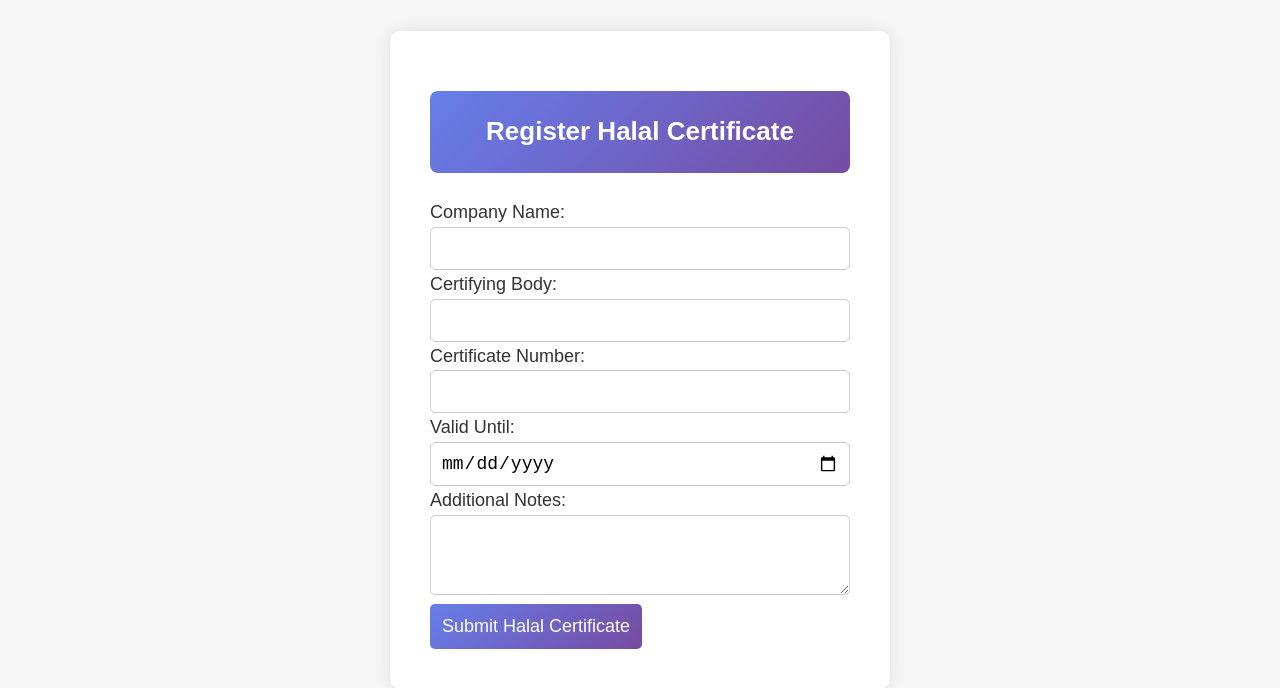
Repository: HarrishPanicker1/Blockchain_Group_AI_Assignment
Page: frontend/adding_halal_certification.html
An editor plug-in stored every save of this project. The page is shown before and after the next save, followed by the edit.
The browser window is 1280 px wide. The pictures show the whole page.

Above is the page before, as saved 2025-06-16 00:25:28.

### frontend/adding_halal_certification.html
<!DOCTYPE html>
<html lang="en">
<head>
  <meta charset="UTF-8" />
  <meta name="viewport" content="width=device-width, initial-scale=1.0"/>
  <title>Register Halal Certificate</title>
  <link rel="stylesheet" href="styles.css" />
  <link rel="stylesheet" href="halal_cert.css">

</head>
<body>
  <div class="form-container">
    <h2>Register Halal Certificate</h2>

    <form id="halalForm"></form>
      <label for="company">Company Name:</label>
      <input type="text" id="company" name="company" required />

      <label for="certBody">Certifying Body:</label>
      <input type="text" id="certBody" required />

      <label for="certID">Certificate Number:</label>
      <input type="text" id="certID" required />

      <label for="validUntil">Valid Until:</label>
      <input type="date" id="validUntil" required />

      <label for="notes">Additional Notes:</label>
      <textarea id="notes"></textarea>

      <button type="submit">Submit Halal Certificate</button>
    </form>
  </div>

  <script src="halal_cert.js"></script>
  <script src="https://cdnjs.cloudflare.com/ajax/libs/jspdf/2.5.1/jspdf.umd.min.js"></script>
  <p id="confirmation" style="text-align:center; color: green; font-weight: bold; font-size: 18px;"></p>
</body>
</html>

### styles.css
* {
    margin: 0;
    padding: 0;
    box-sizing: border-box;
}

body {
    font-family: 'Segoe UI', Tahoma, Geneva, Verdana, sans-serif;
    line-height: 1.6;
    color: #333;
    background-color: #f4f4f4;
}

h1, h2, h3 {
    margin-bottom: 1rem;
    color: #2c3e50;
}

h2 {
    padding: 20px 0;
    text-align: center;
    background: linear-gradient(135deg, #667eea 0%, #764ba2 100%);
    color: white;
    margin: 20px 0;
    border-radius: 8px;
}

button {
    background: linear-gradient(135deg, #667eea 0%, #764ba2 100%);
    color: white;
    border: none;
    padding: 12px 24px;
    border-radius: 6px;
    cursor: pointer;
    font-size: 16px;
    transition: transform 0.2s, box-shadow 0.2s;
}

button:hover {
    transform: translateY(-2px);
    box-shadow: 0 4px 8px rgba(0,0,0,0.2);
}

a {
    text-decoration: none;
}

#pdfListContainer {
    background: white;
    margin: 20px;
    padding: 20px;
    border-radius: 8px;
    box-shadow: 0 2px 4px rgba(0,0,0,0.1);
}

#pdfList {
    list-style: none;
}

#pdfList li {
    background: #f8f9fa;
    margin: 10px 0;
    padding: 15px;
    border-radius: 6px;
    border-left: 4px solid #667eea;
}

#pdfList a {
    color: #667eea;
    font-weight: bold;
}

#pdfList a:hover {
    color: #764ba2;
    text-decoration: underline;
}

### frontend/halal_cert.css
body {
  margin: 0;
  padding: 0;
  font-family: Arial, sans-serif;
  background-color: #f6f6f6;
  display: flex;
  align-items: center;
  justify-content: center;
  min-height: 100vh;
}

.form-container {
  background: white;
  padding: 40px;
  border-radius: 10px;
  box-shadow: 0 0 15px rgba(0, 0, 0, 0.1);
  width: 500px;
  font-size: 18px;
}

h2 {
  text-align: center;
  margin-bottom: 25px;
  font-size: 26px;
}

form {
  display: flex;
  flex-direction: column;
  gap: 20px;
}

input, select, textarea {
  padding: 10px;
  font-size: 18px;
  border: 1px solid #ccc;
  border-radius: 5px;
  width: 100%;
}

textarea {
  height: 80px;
  resize: vertical;
}

button {
  background-color: #007bff;
  color: white;
  padding: 12px;
  font-size: 18px;
  border: none;
  border-radius: 5px;
  cursor: pointer;
}

button:hover {
  background-color: #0056b3;
}

### frontend/halal_cert.js
// Simulated localStorage company list for now
let companies = JSON.parse(localStorage.getItem("companies")) || [];

// Populate company dropdown
const companyDropdown = document.getElementById("company");
companies.forEach(c => {
  const option = document.createElement("option");
  option.value = c.name;
  option.textContent = c.name;
  companyDropdown.appendChild(option);
});

// Handle submission
document.getElementById("halalForm").addEventListener("submit", function (e) {
  e.preventDefault();

  const cert = {
    company: document.getElementById("company").value,
    certBody: document.getElementById("certBody").value,
    certID: document.getElementById("certID").value,
    validUntil: document.getElementById("validUntil").value,
    notes: document.getElementById("notes").value,
    date: new Date().toLocaleDateString()
  };

  const { jsPDF } = window.jspdf;
  const doc = new jsPDF();
  doc.setFontSize(14);
  doc.text("Halal Certificate", 20, 20);
  doc.text(`Company: ${cert.company}`, 20, 30);
  doc.text(`Certifying Body: ${cert.certBody}`, 20, 40);
  doc.text(`Certificate Number: ${cert.certID}`, 20, 50);
  doc.text(`Valid Until: ${cert.validUntil}`, 20, 60);
  doc.text("Notes:", 20, 70);
  doc.text(cert.notes, 20, 80);

  const pdfBlob = doc.output("blob");
  const blobURL = URL.createObjectURL(pdfBlob);
  cert.blobURL = blobURL;

  const halalCerts = JSON.parse(localStorage.getItem("halalCerts")) || [];
  halalCerts.push(cert);
  localStorage.setItem("halalCerts", JSON.stringify(halalCerts));

  // ✅ Show success message
  document.getElementById("confirmation").innerText =
    "✅ Halal certificate submitted successfully! Redirecting to homepage...";

  // ⏳ Redirect after 3 seconds
  setTimeout(() => {
    window.location.href = "/frontend/index.html"; // adjust as needed
  }, 3000);
});

After the next save:
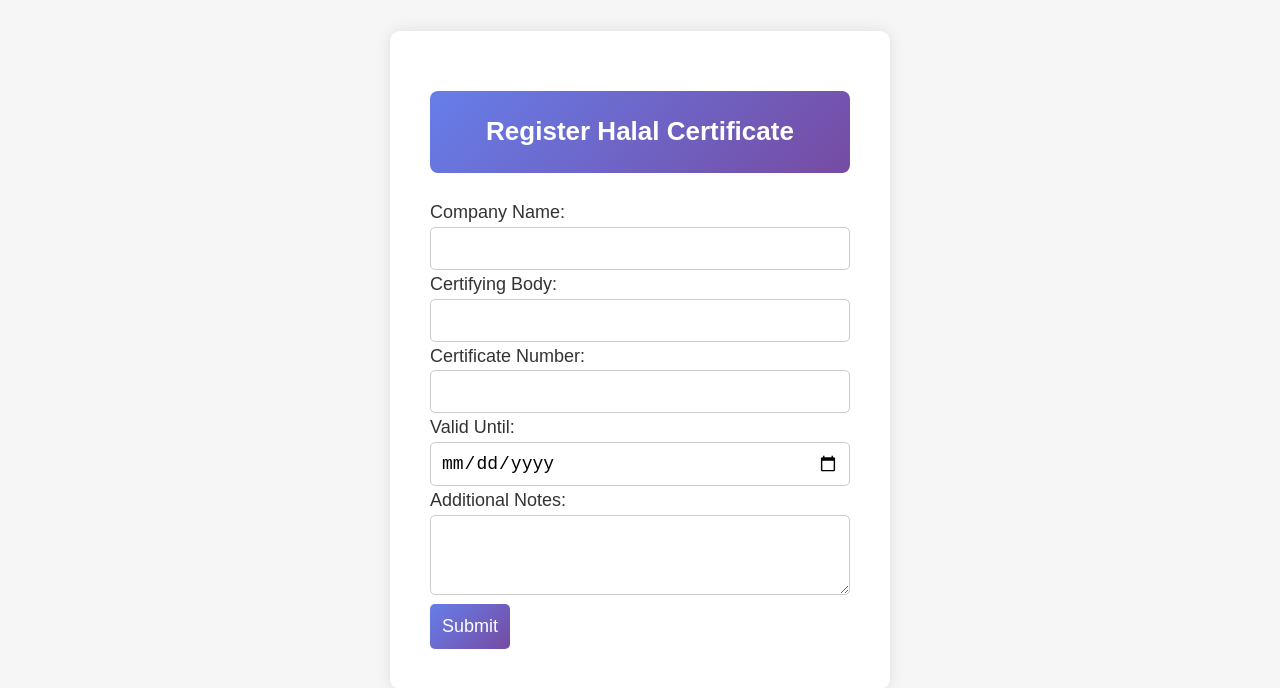
Saved 26 s later.
--- a/frontend/adding_halal_certification.html
+++ b/frontend/adding_halal_certification.html
@@ -28,7 +28,7 @@
       <label for="notes">Additional Notes:</label>
       <textarea id="notes"></textarea>
 
-      <button type="submit">Submit Halal Certificate</button>
+      <button type="submit">Submit</button>
     </form>
   </div>
 
